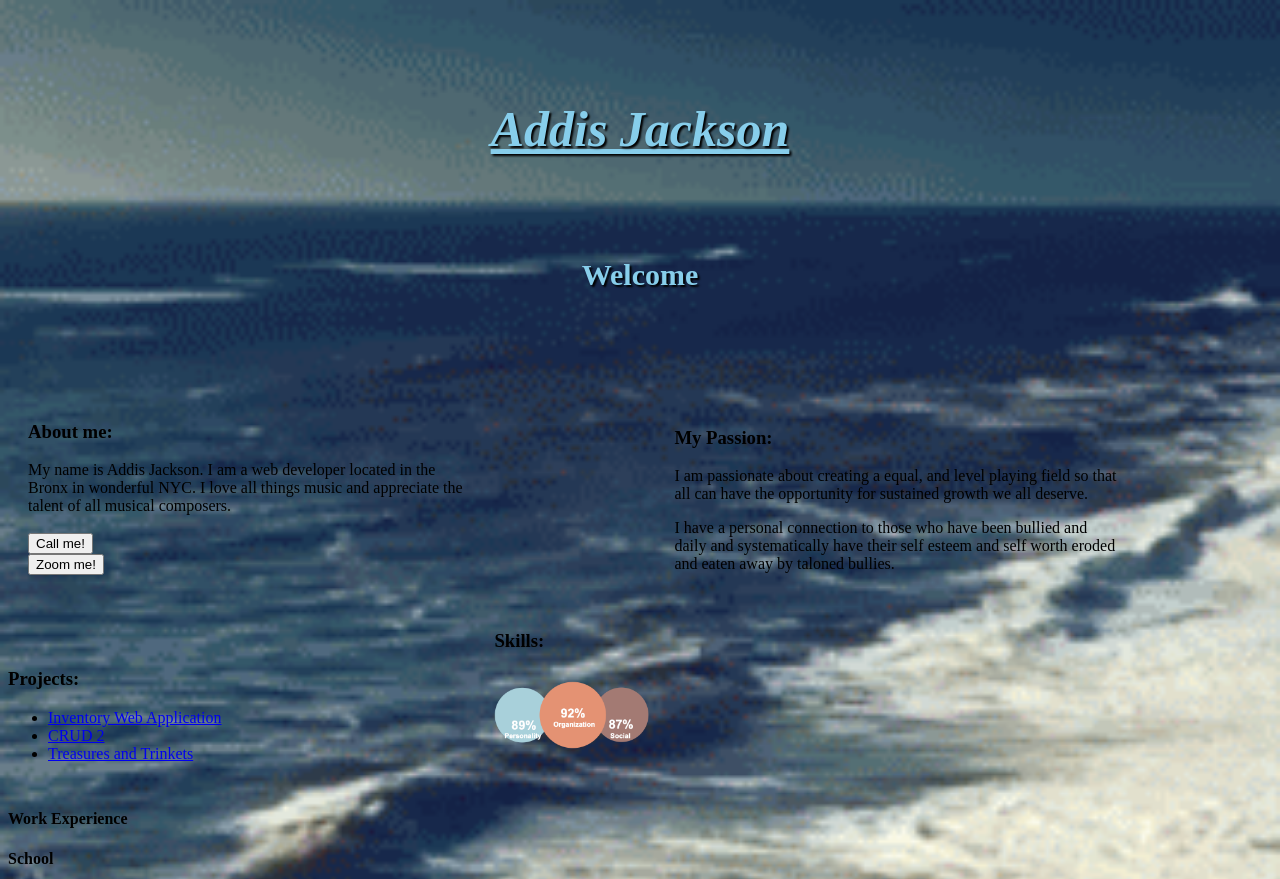
Repository: 10-2-pursuit/lab-design-assets
Page: index.html
These files come from the project's save history. The page is drawn as it stood at one moment and after the next save; the edit follows.
The browser window is 1280 px wide. The pictures show the part of the page from y = 0 to 879 px (the page is 1941 px tall).
A picture or video elsewhere on the page could not be fetched, so the positions and the page height are approximate.

Above is the page before, as saved 2023-07-16 06:36:18.

### index.html
<!DOCTYPE html>
<html lang="en">
  <head>
    <meta charset="UTF-8" />
    <meta http-equiv="X-UA-Compatible" content="IE=edge" />
    <meta name="viewport" content="width=device-width, initial-scale=1.0" />
    <link rel="stylesheet" href="style.css" />
    <title>MY PORTFOLIO</title>
  </head>
  <body>
    <header>
      <h1>Addis Jackson</h1>
    </header>
    <main>
      <section>
        <h2>Welcome</h2>
        <article for="about" class="about">
          <h3>About me:</h3>
          <p>
            My name is Addis Jackson.
            I am a web developer located in the Bronx in wonderful NYC.
            I love all things music and appreciate the talent of all musical composers.
            <br>
            <br>
            <button for="callMe">Call me!</button>
            <br>
            <button for="zoomMe" href=""https://us06web.zoom.us/j/7717484238">Zoom me!</button>
          </p>
        </article>
        <article for="passion" class="passion">
          <h3>My Passion:</h3>
          <p>I am passionate about creating a equal, and level playing field so that all can have the opportunity for sustained growth we all deserve.</p>
          <p>I have a personal connection to those who have been bullied and daily and systematically have their self esteem and self worth eroded and eaten away by taloned bullies.</p>

        </article>
      </section>
      <section>
        <article class="projects">
          <h3>Projects:</h3>
          <ul>
            <!-- TO DO LINK TO THE THREE LABS OR PROJECTS YOU ARE MOST PROUD OF SO FAR -->
            <li><a href="https://github.com/addisjackson/inventory-web-application">Inventory Web Application</a></li>
            <li><a href="https://github.com/addisjackson/crud2">CRUD 2</a></li>
            <li><a href="https://github.com/addisjackson/Treasures-and-Trinkets-Project-AddisJackson">Treasures and Trinkets</a></li>
          </ul>
        </article>
        <article class="skills">
        <h3>Skills:</h3>
          <img src="./assets/Pasted Graphic 1.png" alt="Skills section"></img>
        </article>
      </section>
    </main>
    <aside>
      <h4>Work Experience</h4>
      <!-- add whatever details you want here -->
      <h4>School</h4>
      <!-- add whatever details you want here -->
    </aside>
    <footer>
      <ul>
        <li>
          <!-- TO DO UPDATE LINKS TO GO TO YOUR PROFILES/EMAIL -->
          <a href="https://www.linkedin.com/addisjackson"
            ><img src="./assets/LinkedIn-Logos/LI-Logo.png" alt=""
          /></a>
        </li>
        <li>
          <a href="https://github.com/addisjackson"
            ><img src="./assets/github-mark/github-mark.png" alt=""
          /></a>
        </li>
        <li>
          <a href="mailto:addisjackson@pursuit.org"
            ><img src="./assets/email-g8e9fd44a3_640.png" alt="Email me"
          /></a>
        </li>
      </ul>
    </footer>
  </body>
</html>

### style.css
body {
    background-image: url("./assets/waves-beach.gif");
    background-repeat: no-repeat;
    background-size: cover;
}

h1 {
    font-size: 50px;
    color: skyblue;
    text-align: center;
    margin-top: 100px;
    margin-bottom: 100px;
    text-shadow: 2px 2px 2px black;
    font-weight: bold;
    font-family: Calibri Light, Calibri,;
    font-style: italic;
    text-decoration: underline;
}

h2 {
    font-size: 30px;
    color: skyblue;
    text-align: center;
    margin-top: 100px;
    margin-bottom: 100px;
    text-shadow: 2px 2px 2px black;
    font-weight: bold;
    font-family: fantasy;
}

article {
    display: inline-block;
}

.about {
    text-align: left;
    margin-top: 10px;
    margin-bottom: 10px;
    margin-left: 20px;
    margin-right: 200px;
    width: 35%
}

.about p {
    word-wrap: width ;
}
.passion p {
    word-wrap: width ;
}

.passion {
    text-align: left;
    margin-top: 10px;
    margin-bottom: 10px;
    margin-right: 20px;
    width: 35%
}

.projects .skills {
    display: inline-block;
}

.projects {
    text-align: left;
    margin-top: 10px;
    margin-bottom: 10px;
    margin-right: 40px;
    width: 35%;
}

.skills {
    text-align: left;
    margin-top: 10px;
    margin-bottom: 10px;
    margin-right: 20px;
    width: 35%;
}

Img {
    margin-left: auto;
    margin-right: auto;
    width: 35%;
    height: auto;
    margin-top: 10px;
    margin-bottom: 10px;
    margin-right: 20px;
}

footer, img {
    margin-left: auto;
    margin-right: auto;
    height: 25%;
}

After the next save:
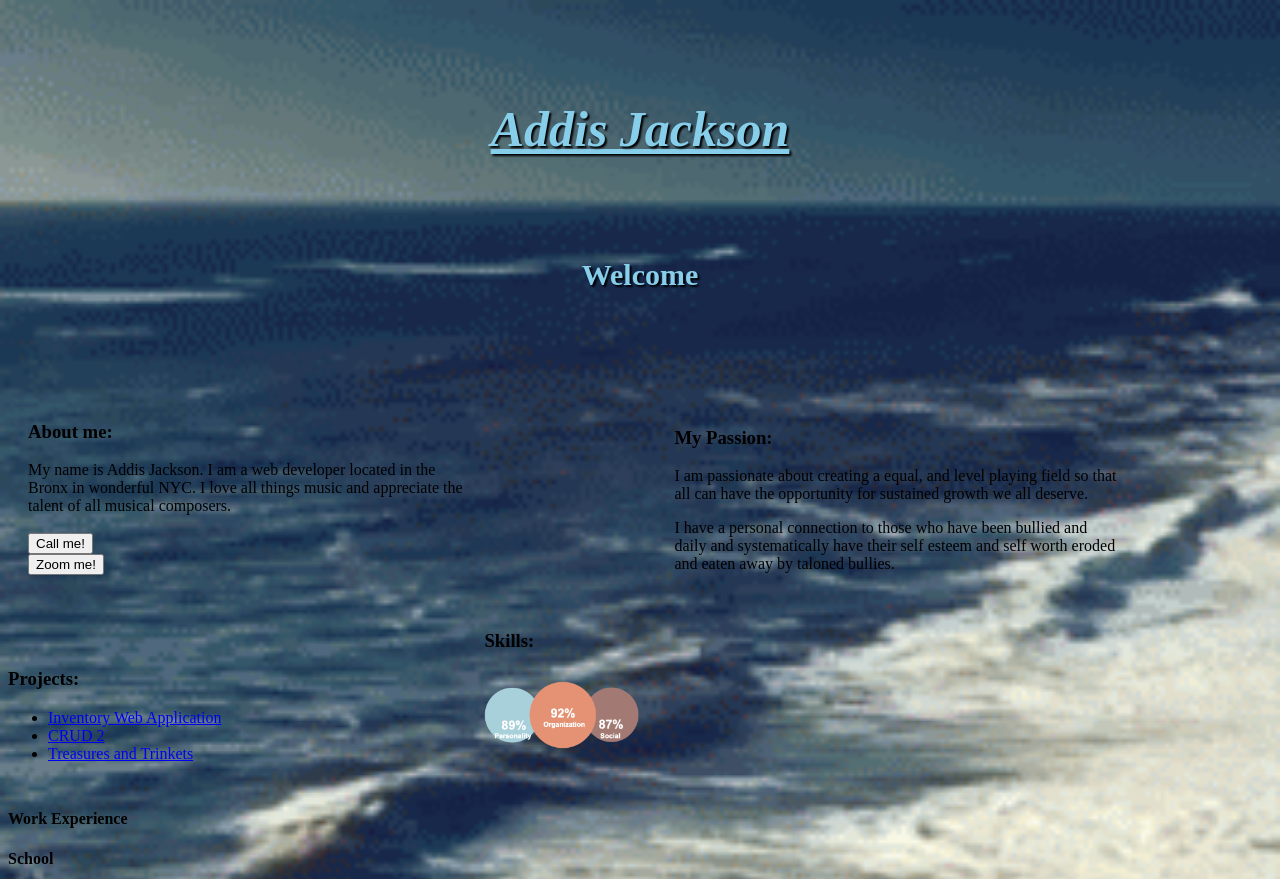
Saved 31 s later.
--- a/style.css
+++ b/style.css
@@ -64,7 +64,7 @@ article {
     text-align: left;
     margin-top: 10px;
     margin-bottom: 10px;
-    margin-right: 40px;
+    margin-right: 30px;
     width: 35%;
 }
 
